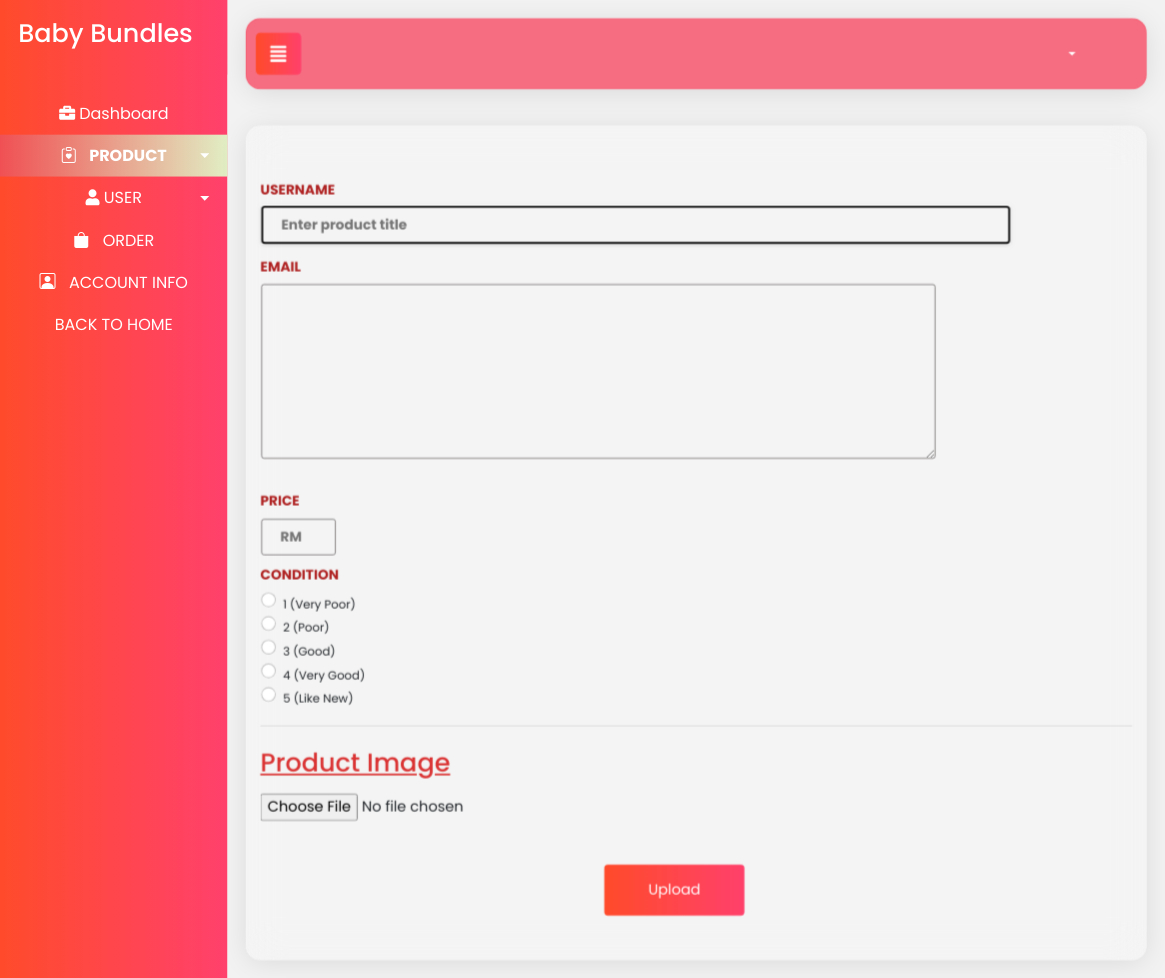
Repository: jiahow99/Baby-Bundles-University
Page: http://localhost/admin-edituser.php
These files come from the project's save history. The page is drawn as it stood at one moment and after the next save; the edit follows.
The browser window is 1280 px wide. The pictures show the whole page, at 91% of full size.
Some web libraries are served in a nearby version. The page is run by PHP 8.4 with error messages shown; the project is at /var/www/html/.

Above is the page before, as saved 2022-11-25 00:56:06.

After the next save:
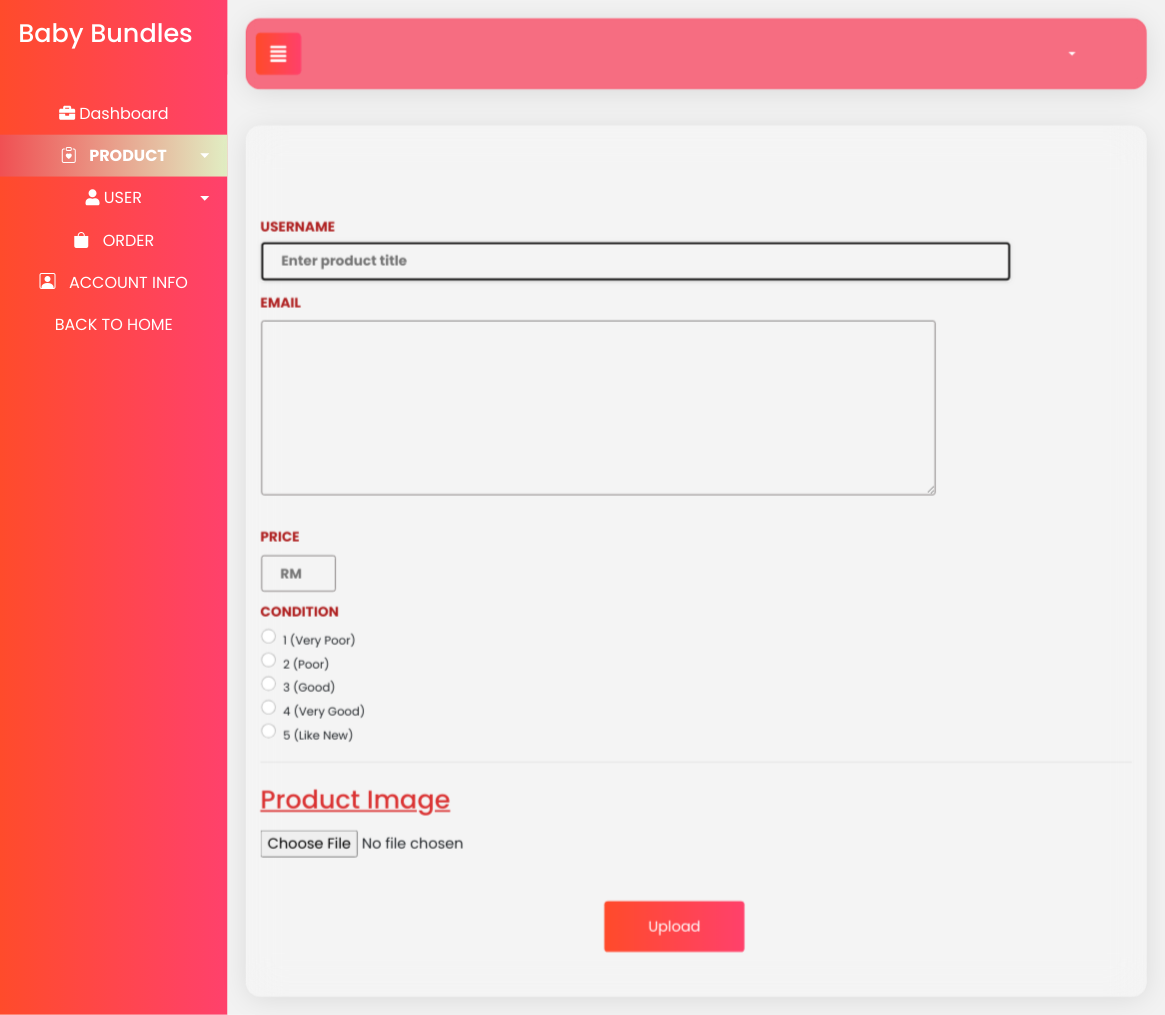
Saved 54 s later.
--- a/admin-edituser.php
+++ b/admin-edituser.php
@@ -39,8 +39,10 @@
         <div id="content" style="background-color:#F2F2F2">
             <?php require 'admin-topnavbar.php' ?>
 
-            <form class="container glass" id="edit-product">
-
+            <form class="container glass" id="edit-user">
+            <div class="row justify-content-center">
+                    <img src="<?php if(isset($result)){echo $result['image'];} ?>" alt="" width="280px" class="rounded mt-4 mb-3">
+                </div>
                 <div class="row mt-5">
                     <label for="" class="name text-uppercase col-12">Username</label>
                     <input class="input--style-6 col-10 ml-3" type="text" name="title" placeholder="Enter product title" required autofocus>
